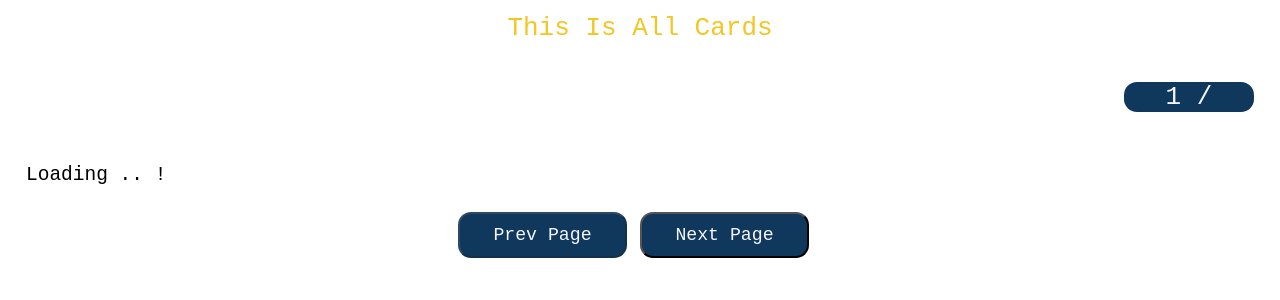
Repository: rehamtaher10/reactQueryTask
Page: /
These files come from the project's save history. The page is drawn as it stood at one moment and after the next save; the edit follows.
The browser window is 1280 px wide. The pictures show the whole page.
The page's requests for data from a server got no answer. The project was rebuilt for these pictures with package versions that can differ from the ones it lists, and the page was loaded fresh each time. No one was signed in, and anything a server would have sent is missing. Also part of the build but not shown: vite.config.js.

Above is the page before, as saved 2024-12-07 20:30:43.

After the next save:
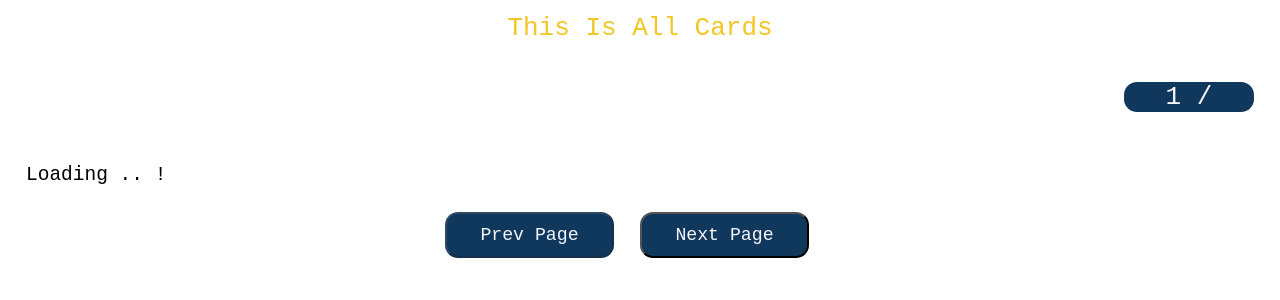
Saved 35 s later.
--- a/src/style/app.css
+++ b/src/style/app.css
@@ -70,7 +70,7 @@ h1{
     background-color:#10375C ;
     color: #F4F6FF;
     direction: ltr;
-    margin-right: 1rem;
+    margin-right: 2rem;
     width: 13rem;
     height: 3.5rem;
     font-size: 1.4rem;
